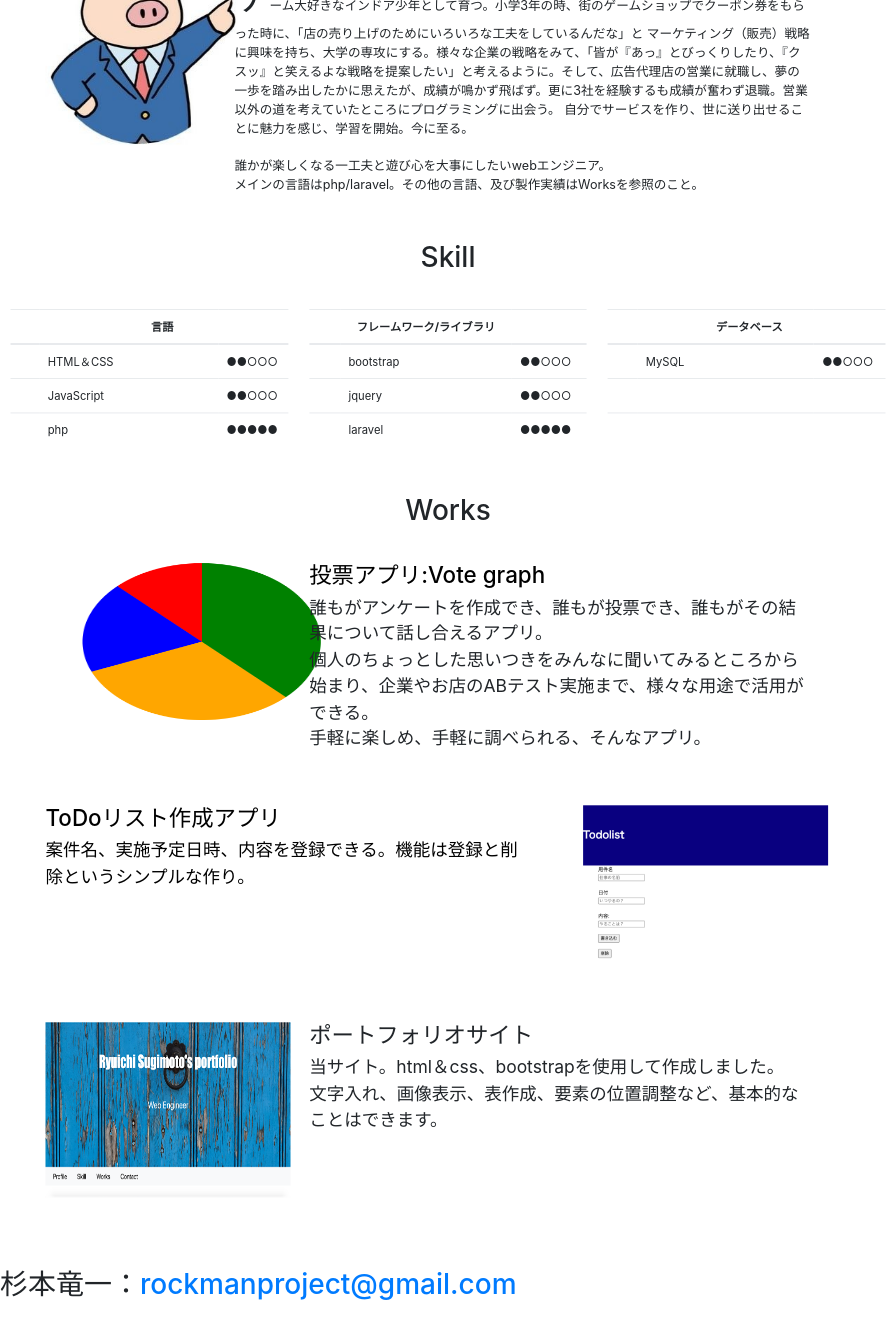
Repository: Ryuichi-sugimoto1119/self-introduction
Page: index.html
The author's editor kept a record of every edit. The page is drawn from the files as they stood at one moment, then again after the next edit.
The browser window is 1280 px wide. The pictures show the part of the page from y = 968 to 2888 px (the page is 2888 px tall), at 70% of full size.
Some web libraries are served in a nearby version.

Above is the page before.

### index.html
<!DOCTYPE html>
<html lang="ja">
<head>
    <meta charset="UTF-8">
    <meta name="viewport" content="width=device-width, initial-scale=1.0">
    <meta http-equiv="X-UA-Compatible" content="ie=edge">
    <title>Sugimoto's portfoliot</title>
    <link rel="stylesheet" href="stylesheet.css">
     <!-- BootstrapのCSS読み込み -->
    <link rel="stylesheet" href="https://stackpath.bootstrapcdn.com/bootstrap/4.1.2/css/bootstrap.min.css" integrity="sha384-Smlep5jCw/wG7hdkwQ/Z5nLIefveQRIY9nfy6xoR1uRYBtpZgI6339F5dgvm/e9B" crossorigin="anonymous">
    <!-- jQuery読み込み -->
    <script src="https://ajax.googleapis.com/ajax/libs/jquery/1.11.3/jquery.min.js"></script>
    <!-- BootstrapのJS読み込み -->
    <script src="https://stackpath.bootstrapcdn.com/bootstrap/4.1.2/js/bootstrap.min.js" integrity="sha384-o+RDsa0aLu++PJvFqy8fFScvbHFLtbvScb8AjopnFD+iEQ7wo/CG0xlczd+2O/em" crossorigin="anonymous"></script>

</head>

<body>
    <div id="top">
        <header>
            <h1>Ryuichi Sugimoto's portfolio</h1>
            <p>Web Engineer</p>
        </header>
    </div>

    <div id="navi">
        <nav class="navbar navbar-expand-lg navbar-light bg-light">
          <button class="navbar-toggler navbar-toggler-right" type="button" data-toggle="collapse" data-target="#navbarTogglerDemo02" aria-controls="navbarTogglerDemo02" aria-expanded="true" aria-label="Toggle navigation">
            <span class="navbar-toggler-icon"></span>
          </button>

          <div class="navbar-collapse collapse show" id="navbarTogglerDemo02" style="">
            <ul class="navbar-nav mr-auto mt-2 mt-md-0">
              <li class="nav-item active">
                <a class="nav-link" href="#profile">Profile</a>
              </li>
              <li class="nav-item">
                <a class="nav-link" href="#skill">Skill</a>
              </li>
              <li class="nav-item">
                <a class="nav-link" href="#works">Works</a>
              </li>
              <li class="nav-item">
                <a class="nav-link" href="#contact">Contact</a>
              </li>
            </ul>
          </div>
        </nav>
   </div>

  <div id="profile">
    <h1>Profile</h1>
    <div class="container-fluid">
        <div class="row">
            <div class="col-sm-4 col-lg-3">
                <img src="img/prof.jpg"></img>
            </div>

                <div class="col-sm-12 col-lg-8">
                   <h2>杉本　竜一</h2>
                   <p class="text-body">1990年11月19日。千葉県出身。東洋大学経営学部マーケティング学科卒。<br>
                        <span class="span">ゲ</span>ーム大好きなインドア少年として育つ。小学3年の時、街のゲームショップでクーポン券をもらった時に、「店の売り上げのためにいろいろな工夫をしているんだな」と
                        マーケティング（販売）戦略に興味を持ち、大学の専攻にする。様々な企業の戦略をみて、「皆が『あっ』とびっくりしたり、『クスッ』と笑えるよな戦略を提案したい」と考えるように。そして、広告代理店の営業に就職し、夢の一歩を踏み出したかに思えたが、成績が鳴かず飛ばず。更に3社を経験するも成績が奮わず退職。営業以外の道を考えていたところにプログラミングに出会う。
                        自分でサービスを作り、世に送り出せることに魅力を感じ、学習を開始。今に至る。
                        <br>
                        <br>
                        誰かが楽しくなる一工夫と遊び心を大事にしたいwebエンジニア。<br>
                        メインの言語はphp/laravel。その他の言語、及び製作実績はWorksを参照のこと。
                    </p>

                </div>
        </div>
    </div>
  </div>

  <div id="skill">
    <h1>Skill</h1>
    <div class="container-fluid">
    <div class="row">
        <div class="col-sm-6 col-lg-4" style="background-color:white;">
            <table class="table">
              <thead>
                <tr>
                  <th></th>
                  <th>　　　　　　言語　　　　　　</th>
                  <th></th>
                </tr>
              </thead>
              <tbody>
                <tr>
                  <th scope="row">　</th>
                  <td>HTML＆CSS</td>
                  <td>●●○○○</td>
                </tr>
                <tr>
                  <th scope="row">　</th>
                  <td>JavaScript</td>
                  <td>●●○○○</td>
                </tr>
                 <tr>
                  <th scope="row">　</th>
                  <td>php</td>
                  <td>●●●●●</td>
                </tr>
              </tbody>
            </table>
        </div>

        <div class="col-sm-6 col-lg-4" style="background-color:white;">
            <table class="table">
               <thead>
                <tr>
                  <th></th>
                  <th>フレームワーク/ライブラリ</th>
                  <th></th>
                </tr>
              </thead>
              <tbody>
                <tr>
                  <th scope="row">　</th>
                  <td>bootstrap</td>
                  <td>●●○○○</td>
                </tr>
                <tr>
                  <th scope="row">　</th>
                  <td>jquery</td>
                  <td>●●○○○</td>
                </tr>
                 <tr>
                  <th scope="row">　</th>
                  <td>laravel</td>
                  <td>●●●●●</td>
                </tr>
              </tbody>
            </table>
        </div>
        <div class="col-sm-12 col-lg-4" style="background-color:white;">
            <table class="table">
              <thead>
                <tr>
                  <th></th>
                  <th>　　 　　データベース　 　　</th>
                  <th></th>
                </tr>
              </thead>
              <tbody>
                <tr>
                  <th scope="row">　</th>
                  <td>MySQL</td>
                  <td>●●○○○</td>
                </tr>
                <tr>
                  <th scope="row">　</th>
                  <td></td>
                  <td></td>
                </tr>
                <tr>
                  <th scope="row">　</th>
                  <td></td>
                  <td></td>
                </tr>
              </tbody>
            </table>
        </div>
    </div>
    </div>
  </div>

  <div id="works">
    <h1>Works</h1>

    <div class="explanation1">
      <div class="container-fluid">
        <div class="row">
            <div class="col-sm-4 col-lg-4">
                <img src="img/works1.png"></img>
            </div>

            <div class="col-sm-12 col-lg-7">
               <h2>投票アプリ:Vote graph</h2>
                <p class="text-body">誰もがアンケートを作成でき、誰もが投票でき、誰もがその結果について話し合えるアプリ。<br>
                    個人のちょっとした思いつきをみんなに聞いてみるところから始まり、企業やお店のABテスト実施まで、様々な用途で活用ができる。<br>
                    手軽に楽しめ、手軽に調べられる、そんなアプリ。
                </p>
            </div>
        </div>
      </div>
    </div>

    <div class="explanation2">
      <div class="container-fluid">
        <div class="row">
          <div class="col-sm-12 col-lg-7">
             <h2>ToDoリスト作成アプリ</h2>
                <p>
                  案件名、実施予定日時、内容を登録できる。機能は登録と削除というシンプルな作り。
                  <br><br><br>
                </p>
          </div>

          <div class="col-sm-4 col-lg-4">
              <img src="img/works2.png"></img>
          </div>
        </div>
      </div>
    </div>

    <div class="explanation3">
      <div class="container-fluid">
        <div class="row">
            <div class="col-sm-4 col-lg-4">
                <img src="img/works3.png"></img>
            </div>

            <div class="col-sm-12 col-lg-7">
               <h2>ポートフォリオサイト</h2>
                <p>
                    当サイト。html＆css、bootstrapを使用して作成しました。<br>
                    文字入れ、画像表示、表作成、要素の位置調整など、基本的なことはできます。
                    <br>
                    <br>
                    <br>
                </p>
            </div>
        </div>
      </div>
    </div>



  </div>

  <div id="end">
    <footer>
      <h1>杉本竜一：<a href="rockmanproject&#64;gmail.com">rockmanproject@gmail.com</a></h1>

      <div class="footerNavi">
        <ul class="nav justify-content-center">
          <li class="nav-item">
            <a class="nav-link active" href="#top">Top</a>
          </li>
          <li class="nav-item">
            <a class="nav-link" href="#profile">Profile</a>
          </li>
          <li class="nav-item">
            <a class="nav-link" href="#skill">Skill</a>
          </li>
          <li class="nav-item">
            <a class="nav-link" href="#works">works</a>
          </li>
        </ul>

      </div>



    </footer>
  </div>


</body>
</html>

### stylesheet.css
html{
    scroll-behavior: smooth;
}


body {
    margin:0;
}

#top{
    background-image:url(img/top.jpg);
    color:white;
    background-size:contain;
    background-size: cover;
    height:600px;
}

#top h1{
    font-size:70px;
    font-weight:bold;
    font-family:impact;
    text-align:center;
    padding-top:120px;
}

#top p{
    font-size:40px;
    text-align:center;
    padding-top:100px;
}

#navi {
    font-size:30px;
    margin-bottom:80px;
}

#navi a{
    padding-left:30px;
    padding-right:30px;
    display:block;
    color:black;

}

#navi a:hover {
    box-shadow: 0px 4px 4px rgba(0, 0, 0, 0.3);
}

#profile img{
    margin-left:50px;
}

@media (max-width:1024px) {
    #profile img{
        margin-left:0px;
        width:250px;
    }
}


#profile{
    background-color:white;
    margin-bottom:50px;
}

#profile h1{
    text-align:center;
    margin:50px;
}

#profile h2{
    color:#0082ff;

}
#profile p{
    font-size:18px;
}

#profile p .span{
    font-size:50px;
}

#skill h1{
    text-align:center;
    margin-bottom:50px;
}

#skill{
    margin-bottom:50px;
}

#skill th{
    text-align:center;
}

@media (max-width:1024px) {
  #skill th{color:white;}
}

#works{
    margin-bottom:100px;
}

#works a{
    text-decoration:none;
}

#works a:hover{
    background-color:#EBEBEB;
}

#works h1{
    text-align:center;
    margin-bottom:50px;
}

.explanation1{
    font-size:25px;
    margin-bottom:60px;
    color:black;
}

.explanation1 img{
    width:350px;
    height:230px;
    margin-left:100px;
}

@media (max-width:1024px) {
  .explanation1 img{
    width:250px;
    height:250px;
    margin-left:0px;
  }
}

@media (max-width:768px) {
  .explanation1 img{
    width:250px;
    height:250px;
    margin-left:250px;
  }
}

@media (max-width:420px) {
  .explanation1 img{
    width:250px;
    height:250px;
    margin-left:50px;
  }
}

.explanation2{
    font-size:25px;
    margin-left:50px;
    margin-bottom:60px;
    color:black;
}

@media (max-width:1024px) {
   .explanation2{
    font-size:25px;
    margin-left:0px;
    margin-bottom:60px;
    }
}

@media (max-width:768px) {
   .explanation2{
    font-size:25px;
    margin-left:0px;
    margin-bottom:60px;
    }
}

@media (max-width:420px) {
   .explanation2{
    font-size:25px;
    margin-left:0px;
    margin-bottom:60px;
    }
}

.explanation2 img{
    width:350px;
    height:250px;
    margin-left:50px;
}

@media (max-width:1024px) {
  .explanation2 img{
    width:300px;
    height:250px;
    margin-right:0px;
  }
}

@media (max-width:768px) {
  .explanation2 img{
    width:350px;
    height:250px;
    margin-left:200px;
  }
}

@media (max-width:420px) {
    .explanation2 img{
    width:350px;
    height:250px;
    margin-left:20px;
}
}

.explanation3{
    font-size:25px;
    margin-bottom:60px;
}

@media (max-width:1024px) {
   .explanation3{
    width:100%;
    font-size:25px;
    margin-left:0px;
    margin-bottom:60px;
    }
}

.explanation3 img{
    width:350px;
    height:250px;
    margin-left:50px;
}

@media (max-width:1024px) {
  .explanation3 img{
    width:300px;
    height:250px;
    margin-left:0px;
  }
}

@media (max-width:768px) {
    .explanation3 img{
    width:350px;
    height:250px;
    margin-left:200px;
    }
}

@media (max-width:420px) {
    .explanation3 img{
    width:350px;
    height:250px;
    margin-left:20px;
    }
}

#contact{
    background-image:url(img/footer.jpg);
    color:white;
    background-size: cover;
    background-position:center;
    height:300px;
    word-wrap: break-word;
}

#contact h1{
    padding-top:100px;
}

#contact  h1 a{
    color:white;
}

.footerNavi a{
   color:white;
   font-size:25px;
}

After the next edit:
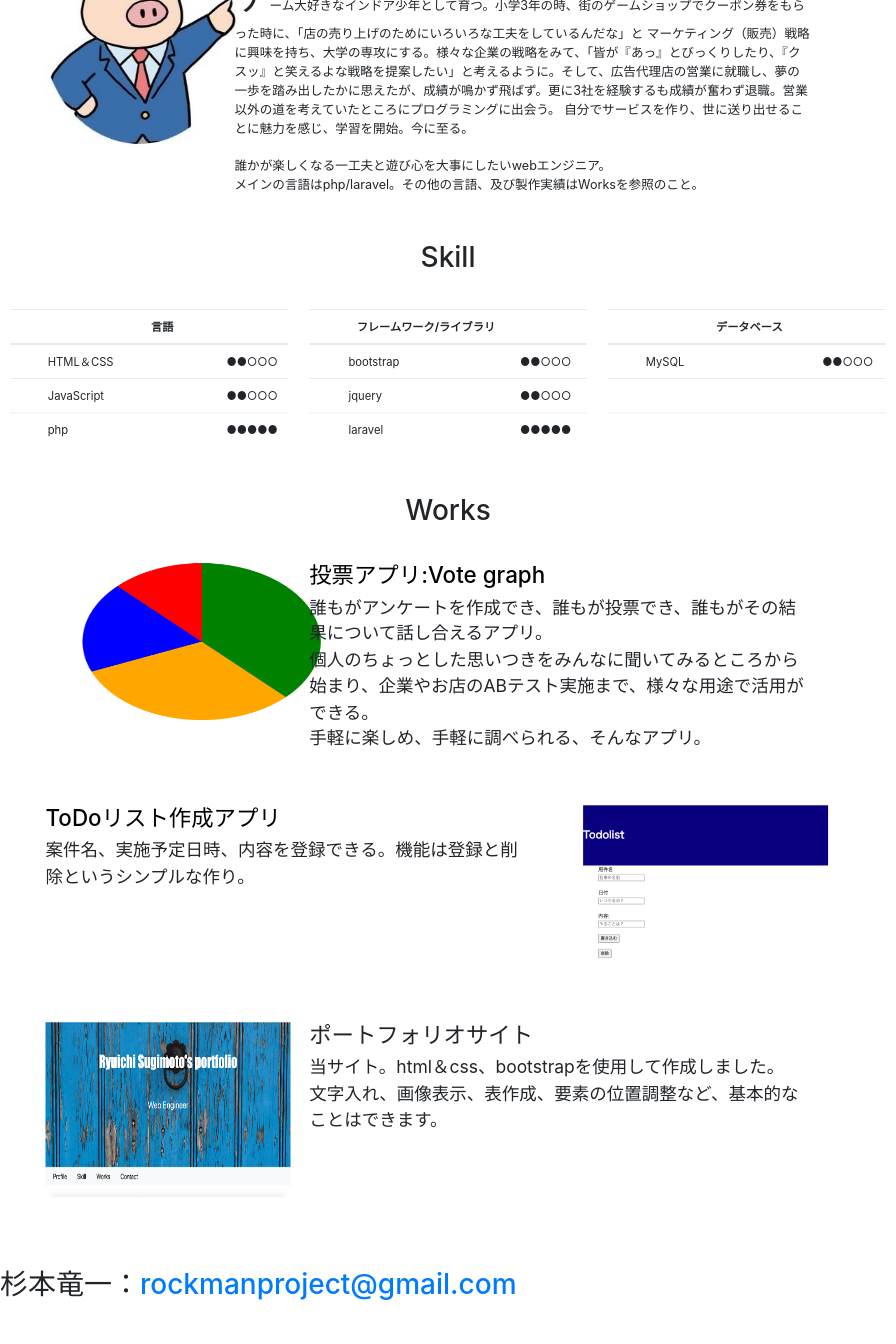
The edit:
--- a/index.html
+++ b/index.html
@@ -192,7 +192,7 @@
         <div class="row">
           <div class="col-sm-12 col-lg-7">
              <h2>ToDoリスト作成アプリ</h2>
-                <p>
+                <p class="text-body">
                   案件名、実施予定日時、内容を登録できる。機能は登録と削除というシンプルな作り。
                   <br><br><br>
                 </p>
